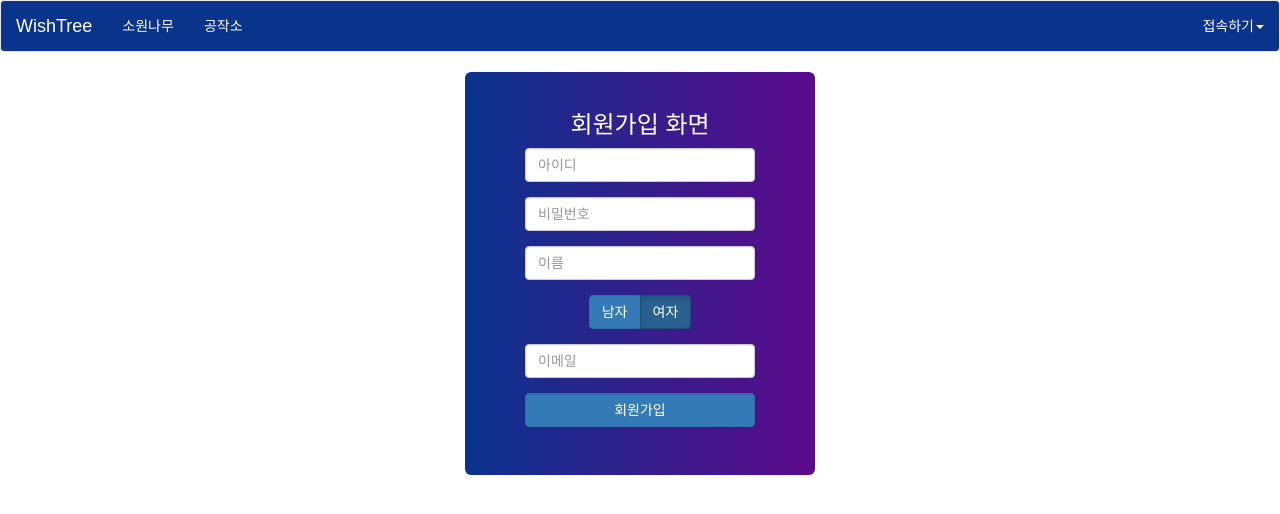
Repository: jongah/WishTree
Page: http://localhost/text/join.jsp
These files come from the project's save history. The page is drawn as it stood at one moment and after the next save; the edit follows.
The browser window is 1280 px wide. The pictures show the whole page.
Some web fonts or font styles are not loaded; a fallback is used. Some web libraries are served in a nearby version. The page is served by Tomcat 9. Other server files are loaded and not shown.

Above is the page before, as saved 2021-05-05 15:04:38.

### text/WebContent/join.jsp
<%@ page language="java" contentType="text/html; charset=UTF-8"
	pageEncoding="UTF-8"%>
<!DOCTYPE html>
<html>
<head>
<meta charset="UTF-8">
<meta  name = "viewport" content = "width=device-width" initial-scale = "1"/>
<link rel = "stylesheet" href = "css/bootstrap.css">
<link rel="stylesheet" href = "css/custom.css">
<title>소원나무</title>
</head>
<body>
	<nav class="navbar navbar-default">
		<div class="navbar-header">
			<button type="button" class="navbar-toggle collapsed"
				data-toggle="collapse" data-target="#bs-exanple-navbar-collapse-1"
				aria-expanded="false">
				<span class="icon-bar"></span> <span class="icon-bar"></span> <span
					class="icon-bar"></span>
			</button>
			<a href="main.jsp" class="navbar-brand">WishTree</a>
		</div>
		<div class="collapse navbar-collapse"
			id="bs-exanple-navbar-collapse-1">
			<ul class="nav navbar-nav">
				<li><a href="main.jsp">소원나무</a></li>
				<li><a href="bbs.jsp">공작소</a></li>
			</ul>
			<ul class="nav navbar-nav navbar-right">
				<li class="dropdown"><a href=".jsp" class="dropdown-toggle"
					data-toggle="dropdown" role="button" aria-haspopup="true"
					aria-expanded="false">접속하기<div class="caret"></div>
				</a></li>
				<ul class="dropdown-menu">
					<li class="active"><a href="login.jsp">로그인</a></li>
					<li><a href="join.jsp">회원가입</a></li>
				</ul>
			</ul>
		</div>
	</nav>
	<div class="container">
		<div class="col-lg-4"></div>
		<div class="col-lg-4">
			<div class = "jumbotron" style = "padding-top : 20px">
				<form action = "joinAction.jsp" method = "post">
					<h3 style = "text-align: center;">회원가입 화면</h3>
					<div class = "form-group">
						<input type = "text" class = "form-control" placeholder = "아이디" name = "userID" maxlength = "20"/>
					</div>
					<div class = "form-group">
						<input type = "password" class = "form-control" placeholder = "비밀번호" name = "userPassword" maxlength = "20"/>
					</div>
					<div class = "form-group">
						<input type = "text" class = "form-control" placeholder = "이름" name = "userName" maxlength = "20"/>
					</div>
					<div class = "form-group" style = "text-align: center;">
						<div class = "btn-group" data-toggle = "buttons">
							<label class = "btn btn-primary">
								<input type = "radio" name = "userGender" autocomplete = "off" value = "남자">남자
							</label>
							<label class = "btn btn-primary active">
								<input type = "radio" name = "userGender" autocomplete = "off" value = "여자" checked>여자
							</label>
						</div>
					</div>
					<div class = "form-group">
						<input type = "email" class = "form-control" placeholder = "이메일" name = "userEmail" maxlength = "30"/>
					</div>
					<input type = "submit" class = "btn btn-primary form-control" value = "회원가입"/>
				</form>
			</div>
		</div>
	</div>
	<script src = "https://code.jquery.com/jquery-3.1.1.min.js"></script>
	<script src = "js/bootstrap.js"></script>
</body>
</html>

### text/WebContent/css/custom.css
@import url('https://fonts.googleapis.com/css2?family=Nanum+Gothic&display=swap');
@import url(//fonts.googleapis.com/earlyaccess/hanna.css);

*{
	font-family : 'Nanum Gothic', sans-serif;
}
h1{
	font-family : 'Hanna', sans-serif;
}
.jumbotron{
	color:white;
	background: linear-gradient(90deg, #0a338c, #5c0a8c);
}
.navbar-default{
	background-color:#0a338c;
}
.navbar .nav > li > a {
	color:white;
}
.navbar .navbar-header .navbar-brand{
	color:white;
}

Loaded but not shown: text/WebContent/css/bootstrap.css (library); text/WebContent/js/bootstrap.js (library)

After the next save:
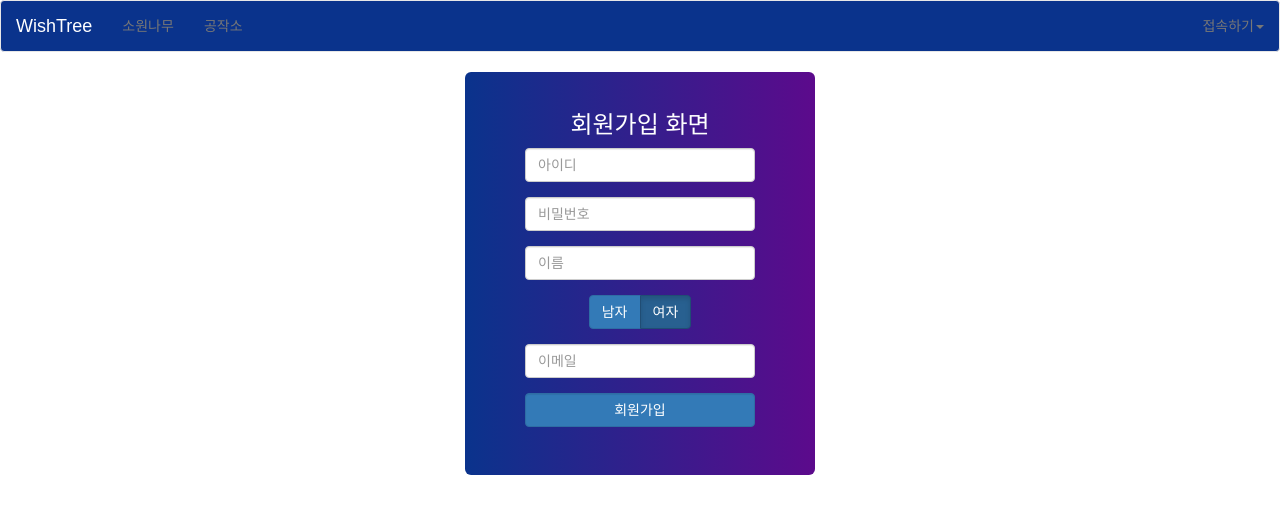
Saved 90 s later.
--- a/text/WebContent/css/custom.css
+++ b/text/WebContent/css/custom.css
@@ -14,9 +14,10 @@
 .navbar-default{
 	background-color:#0a338c;
 }
-.navbar .nav > li > a {
+.navbar .nav{
 	color:white;
 }
+
 .navbar .navbar-header .navbar-brand{
 	color:white;
 }

After the save that followed:
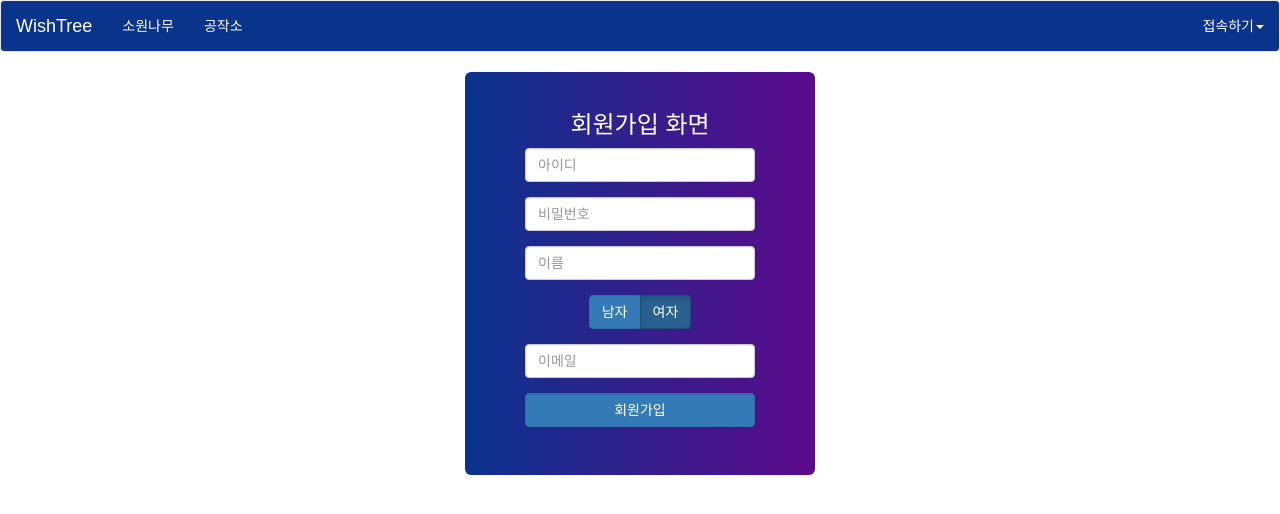
Saved 25 s later.
--- a/text/WebContent/css/custom.css
+++ b/text/WebContent/css/custom.css
@@ -14,10 +14,12 @@
 .navbar-default{
 	background-color:#0a338c;
 }
-.navbar .nav{
+.navbar .nav > li > a {
 	color:white;
 }
+.navbar .navbar-right{
 
+}
 .navbar .navbar-header .navbar-brand{
 	color:white;
 }
